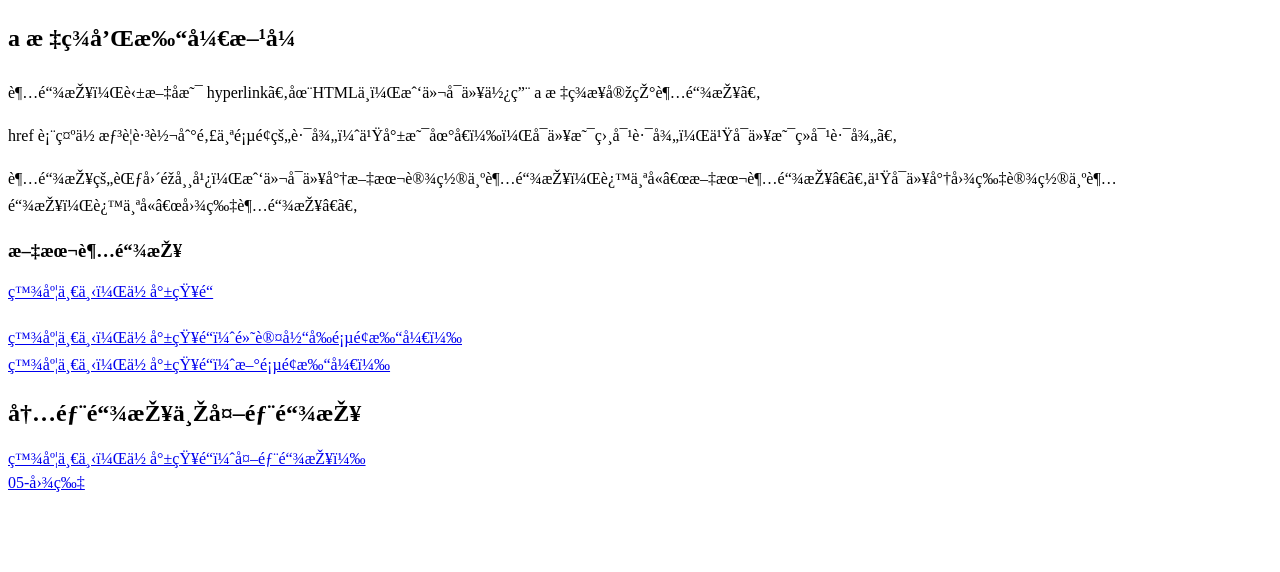
Repository: liang-n/front-end-basics
Page: 08-超链接.html
These files come from the project's save history. The page is drawn as it stood at one moment and after the next save; the edit follows.
The browser window is 1280 px wide. The pictures show the whole page.

Above is the page before, as saved 2022-05-15 13:22:23.

### 08-超链接.html
<!DOCTYPE html>
<html>

<head>
    <meta charset="uft-8" />
    <title>08-超链接</title>
</head>

<body>
    <div>
        <h2>a 标签和打开方式</h2>
        <p>超链接，英文名是 hyperlink。在HTML中，我们可以使用 a 标签来实现超链接。</p>
        <p>href 表示你想要跳转到那个页面的路径（也就是地址），可以是相对路径，也可以是绝对路径。</p>
        <p>超链接的范围非常广，我们可以将文本设置为超链接，这个叫“文本超链接”。也可以将图片设置为超链接，这个叫“图片超链接”。</p>
        <h3>文本超链接</h3>
        <a href="https://www.baidu.coom/">百度一下，你就知道</a>
        <h3></h3>
        <a href="https://www.baidu.coom/">百度一下，你就知道（默认当前页面打开）</a>
        <br>
        <a href="https://www.baidu.coom/" target="_blank">百度一下，你就知道（新页面打开）</a>
    </div>
    <h2>内部链接与外部链接</h2>
    <a href="http://www.baidu.com/" target="_blank">百度一下，你就知道（外部链接）</a>
    <br>
    <a href="05-图片.html">05-图片</a>
</body>

</html>

After the next save:
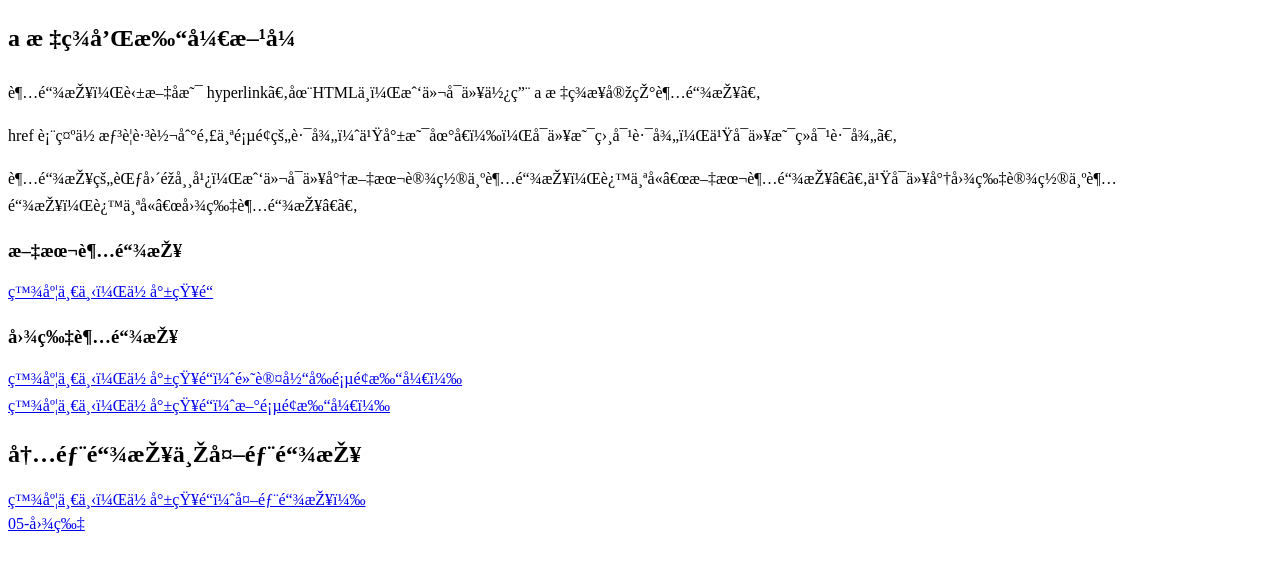
Saved 4 s later.
--- a/08-超链接.html
+++ b/08-超链接.html
@@ -14,7 +14,7 @@
         <p>超链接的范围非常广，我们可以将文本设置为超链接，这个叫“文本超链接”。也可以将图片设置为超链接，这个叫“图片超链接”。</p>
         <h3>文本超链接</h3>
         <a href="https://www.baidu.coom/">百度一下，你就知道</a>
-        <h3></h3>
+        <h3>图片超链接</h3>
         <a href="https://www.baidu.coom/">百度一下，你就知道（默认当前页面打开）</a>
         <br>
         <a href="https://www.baidu.coom/" target="_blank">百度一下，你就知道（新页面打开）</a>
